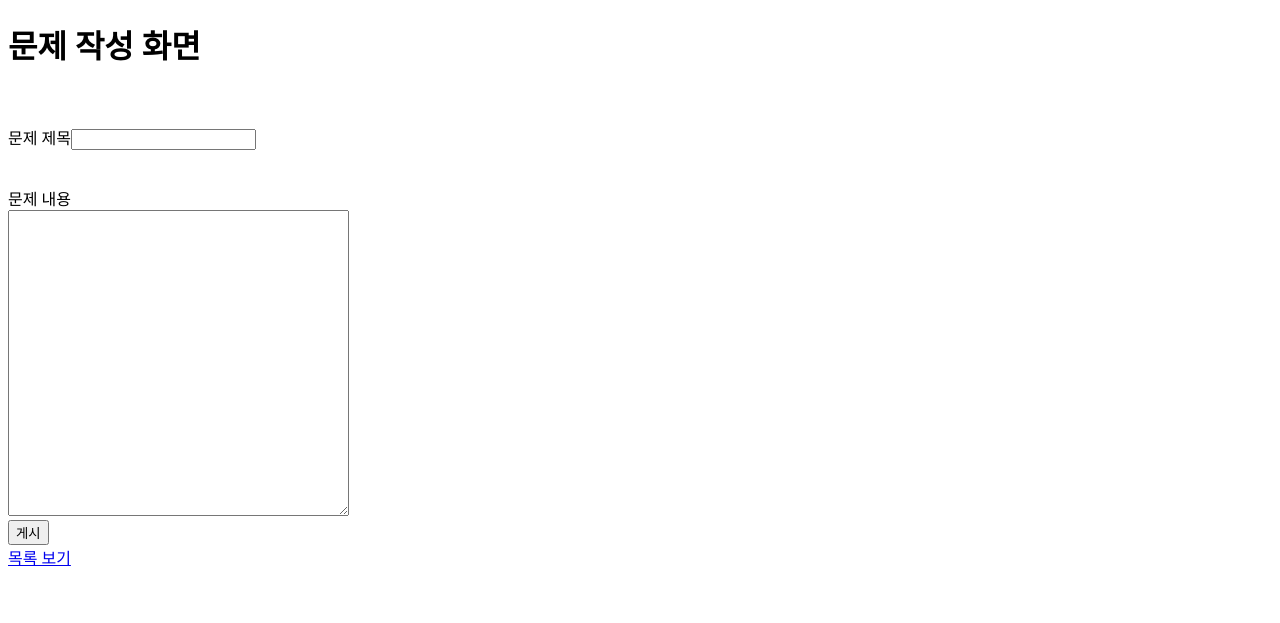
Repository: ryuhm48/Opensource-Project05
Page: http://localhost/Problems/Problems/ProblemWrite.jsp
These files come from the project's save history. The page is drawn as it stood at one moment and after the next save; the edit follows.
The browser window is 1280 px wide. The pictures show the whole page.
The page is served by Tomcat 9. Other server files are loaded and not shown.

Above is the page before, as saved 2019-06-02 01:25:01.

### 문제 풀이 제출 추가/Problems/WebContent/Problems/ProblemWrite.jsp
<%@ page language="java" contentType="text/html; charset=UTF-8"
pageEncoding="UTF-8"%>

<!DOCTYPE html PUBLIC "-//W3C//DTD HTML 4.01Transitional//EN" "http://www.w3.org/TR/html4/loose.dtd">
<html>
<head>
<meta http-equiv="Content-Type" content = text/html; charset="UTF-8">
<title>문제 작성</title>
</head>
<body>
	<h1>문제 작성 화면</h1>

	<form action = "write.do" method = "post">
		<input type = "text" name = "studyNum" style = "display : none;"><br/>
		<input type = "text" name = "problemNum2" style = "display : none;"><br/>
		문제 제목<input type = "text" name = "problemName"><br/>
		<input type = "text" name = "problemLanguage" style = "display : none;"><br/>
		<input type = "text" name = "writerName" style = "display : none;"><br/>
		문제 내용<br/><textarea name = "problemContent" rows="20" cols="40"></textarea><br/>
		<input type = "submit" value = "게시">
	</form>

	<a href="list.do">목록 보기</a>

</body>
</html>

After the next save:
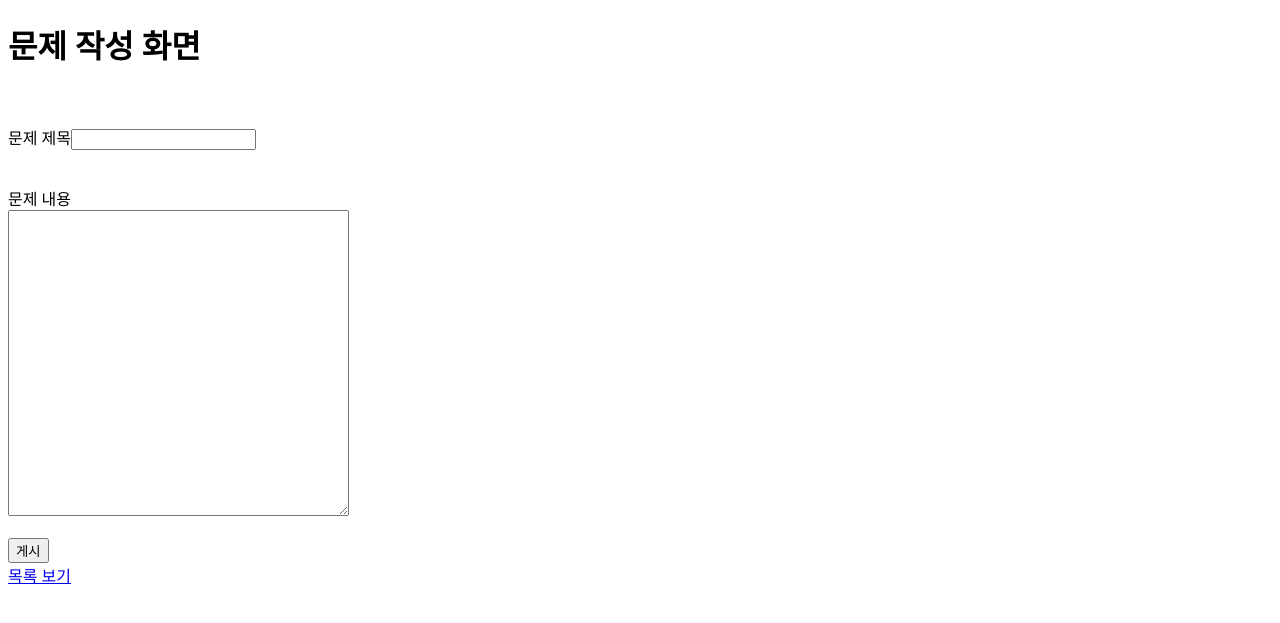
Saved 25 s later.
--- a/문제 풀이 제출 추가/Problems/WebContent/Problems/ProblemWrite.jsp
+++ b/문제 풀이 제출 추가/Problems/WebContent/Problems/ProblemWrite.jsp
@@ -16,8 +16,8 @@ pageEncoding="UTF-8"%>
 		문제 제목<input type = "text" name = "problemName"><br/>
 		<input type = "text" name = "problemLanguage" style = "display : none;"><br/>
 		<input type = "text" name = "writerName" style = "display : none;"><br/>
-		문제 내용<br/><textarea name = "problemContent" rows="20" cols="40"></textarea><br/>
-		<input type = "submit" value = "게시">
+		문제 내용<br/><textarea name = "problemContent" rows="20" cols="40"></textarea><br/><br/>
+		<input type = "submit" value = "게시"></br>
 	</form>
 
 	<a href="list.do">목록 보기</a>
